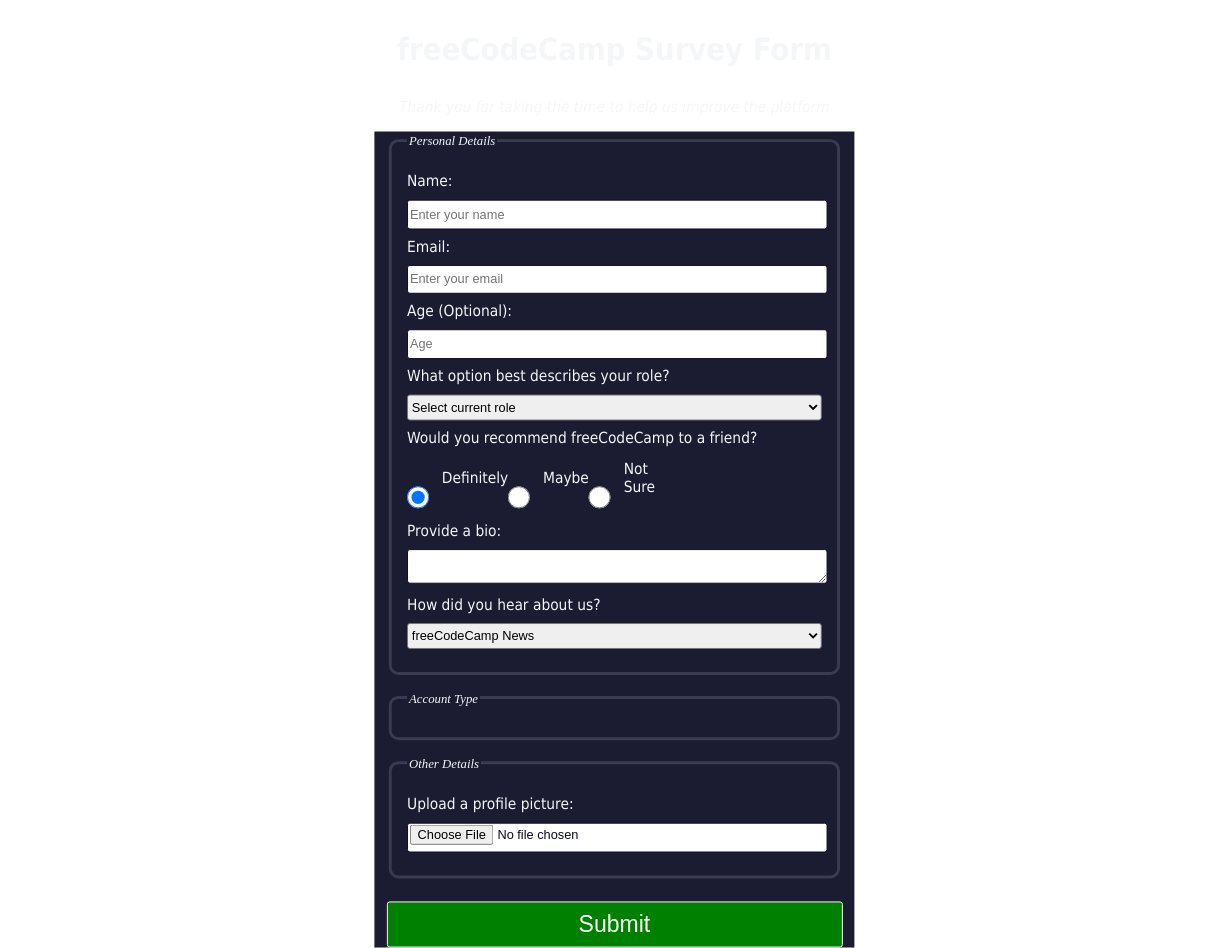
Repository: Lungdjos/survey_form_certification
Page: index.html
The author's editor kept a copy of each file at every save. The page is drawn from the files as they stood at one save, then again after a run of saves.
The browser window is 1280 px wide. The pictures show the whole page, at 96% of full size.

Above is the page before, as saved 2023-09-30 23:11:45.

### index.html
<!DOCTYPE html>
<html lang="en">

<head>
    <meta charset="UTF-8">
    <meta name="viewport" content="width=device-width, initial-scale=1.0">
    <title>Survey Form</title>
    <link rel="stylesheet" href="styles.css">
</head>

<body>
    <h1>freeCodeCamp Survey Form </h1>
    <p>Thank you for taking the time to help us improve the platform</p>
    <form action="https://register-demo.freecodecamp.org" method="post">
        <fieldset>
            <legend> <small>Personal Details</small> </legend>
            <label for="name">Name: <input type="text" id="name" name="name" placeholder="Enter your name" required> </label>
            <label for="email">Email: <input type="email" id="email" name="email" placeholder="Enter your email" required> </label>
            <label for="age">Age (Optional): <input type="number" name="age" id="age" min="13" max="100" placeholder="Age"> </label>
            <label for="referrer"> What option best describes your role?
                <select name="referrer" id="referrer">
                    <option value="">Select current role</option>
                    <option value="1"  name="news">Student</option>
                    <option value="2" name="youtube" >Full Time Job</option>
                    <option value="3" name="forum" >Full Time Learner</option>
                    <option value="4" name="other" >Prefer not to say</option>
                    <option value="5" name="other" >Other</option>
                </select>
            </label>
            <label for="rec">
                Would you recommend freeCodeCamp to a friend?
                <div class="radio-label">
                    <input  type="radio" name="recommendation" id="rec" checked> Definitely
                    <input  type="radio" name="recommendation" id="rec">Maybe
                    <input  type="radio" name="recommendation" id="rec">Not Sure
                </div>

            </label>
            <label for="bio">Provide a bio:
                <textarea name="biography" id="bio" cols="50" rows="2" placeholder="I like coding on the beach..." >
                </textarea>
            </label>
            <label for="referrer"> How did you hear about us?
                <select name="referrer" id="referrer">
                    <option value="">(select one)</option>
                    <option value="1" selected name="news">freeCodeCamp News</option>
                    <option value="2" name="youtube" >freeCodeCamp YouTube Channel</option>
                    <option value="3" name="forum" >freeCodeCamp Forum</option>
                    <option value="4" name="other" >Other</option>
                </select>
            </label>
        </fieldset>
        <fieldset>
            <legend> <small>Account Type</small></legend>

        </fieldset>
        <fieldset>
            <legend> <small>Other Details</small></legend>
            <label for="profile-pic">Upload a profile picture: <input type="file" name="profile-piture" id="profile-pic"></label>




        </fieldset>

        <input type="submit" value="Submit" name="submit" id="submit-btn">
    </form>
</body>

</html>

### styles.css
/* designs for the survey form */


/* CSS for the Registration Form */

body {
    width: 100%;
    height: 100vh;
    /* will need to set the value to */
    margin: 15px 0 15px 0;
    color: #f5f6f7;
    font-size: 16px;
    font-family: Tahoma;
}

label {
    display: block;
    margin: .5rem 0;
}

a {
    color: #dfdfe2;
}

a:hover {
    color: blanchedalmond;
    text-decoration: none;
}

a:active {
    color: #0a0a23;
}

fieldset {
    margin: 15px;
    border-radius: 10px;
    border: 3px solid #3b3b4f;
    padding: 1rem;
}


/* gets the last element and take effects */


/* fieldset:last-of-type {
    border: none;
} */

input,
textarea,
select {
    margin: 10px 0 0 0;
    width: 100%;
    border-radius: 3px;
    min-height: 2em;
}

input,
textarea {
    background-color: #fff;
    border: 1px solid #0a0a23;
    color: #0a0a23;
    ;
}


/* input {}

.inline label {
    display: inline;
    margin: 0 3em 0 0;
    vertical-align: middle;
    justify-content: left;
}


/* Style the radio buttons to make them visually aligned with the labels *

input[type="radio"] {
    vertical-align: middle;
    /* Align radio buttons vertically with the text
    margin-right: 5px;
    /* Add some spacing between the radio button and text


}

/* Add some margin between each radio button and text

label input[type="radio"]+label {
    margin-right: 15px;
}

*/


/* Use flexbox to align items vertically */

.radio-label {
    display: inline-flex;
    align-items: center;
}


/* Style the radio buttons */

input[type="radio"] {
    margin: 3em 1em 0 0;
}

legend {
    font-style: italic;
    font-family: 'Times New Roman', Times, serif;
}

h1,
p {
    margin: 1em auto;
    text-align: center;
}

p {
    font-style: italic;
}

form {
    /* margin: 0px 30px 0px 30px; */
    margin: 0 auto;
    max-width: 500px;
    min-width: 300px;
    width: 60vw;
    background-color: #1b1b32;
}

#submit-btn:hover {
    background-color: blanchedalmond;
    margin-bottom: 2em;
    color: #0a0a23;
    border: 4px solid #3b3b4f;
    border-radius: 8px;
}

input[name="submit"] {
    display: block;
    width: 95%;
    margin: 1em auto;
    height: 2em;
    font-size: 1.5rem;
    background-color: green;
    color: #fff;
    border-color: white;
    min-width: 1em;
}

input[type="file"] {
    min-height: 2em;
    padding: 1px 2px;
}

After the next 2 saves:
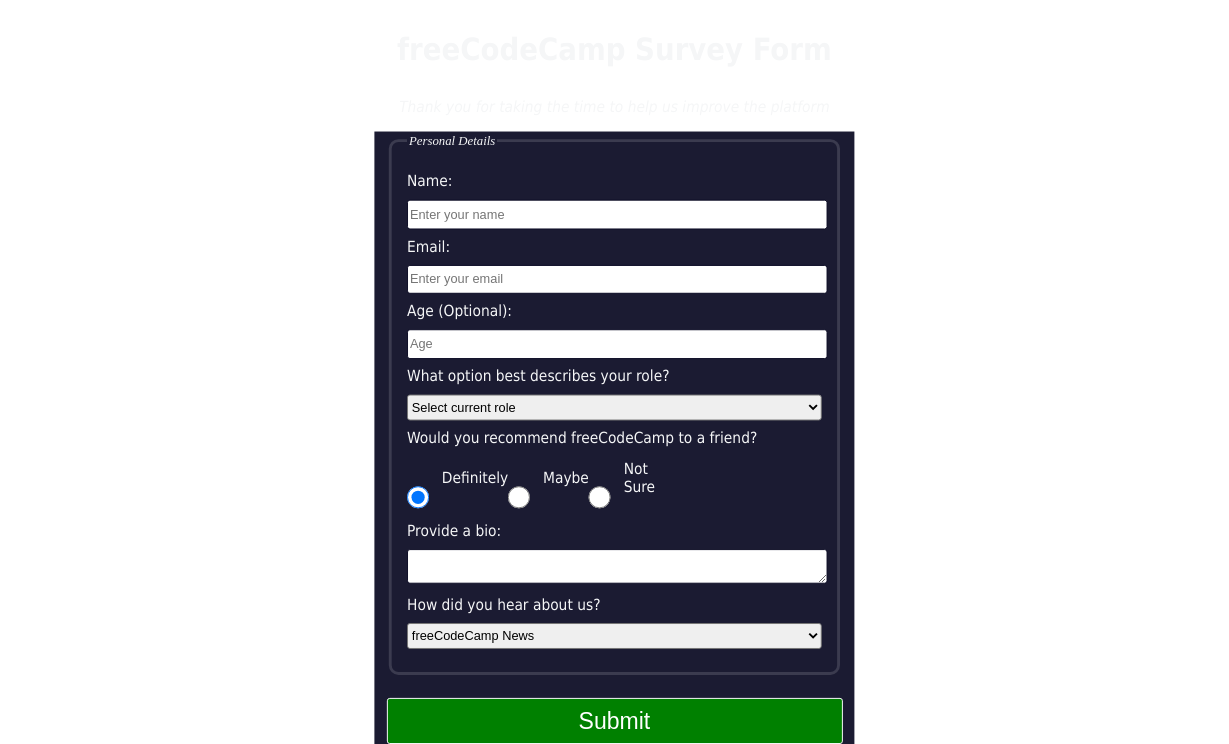
The 2 saves are shown as one change because they came seconds apart.
The last was saved 22 s later.
--- a/index.html
+++ b/index.html
@@ -50,18 +50,6 @@
                 </select>
             </label>
         </fieldset>
-        <fieldset>
-            <legend> <small>Account Type</small></legend>
-
-        </fieldset>
-        <fieldset>
-            <legend> <small>Other Details</small></legend>
-            <label for="profile-pic">Upload a profile picture: <input type="file" name="profile-piture" id="profile-pic"></label>
-
-
-
-
-        </fieldset>
 
         <input type="submit" value="Submit" name="submit" id="submit-btn">
     </form>
